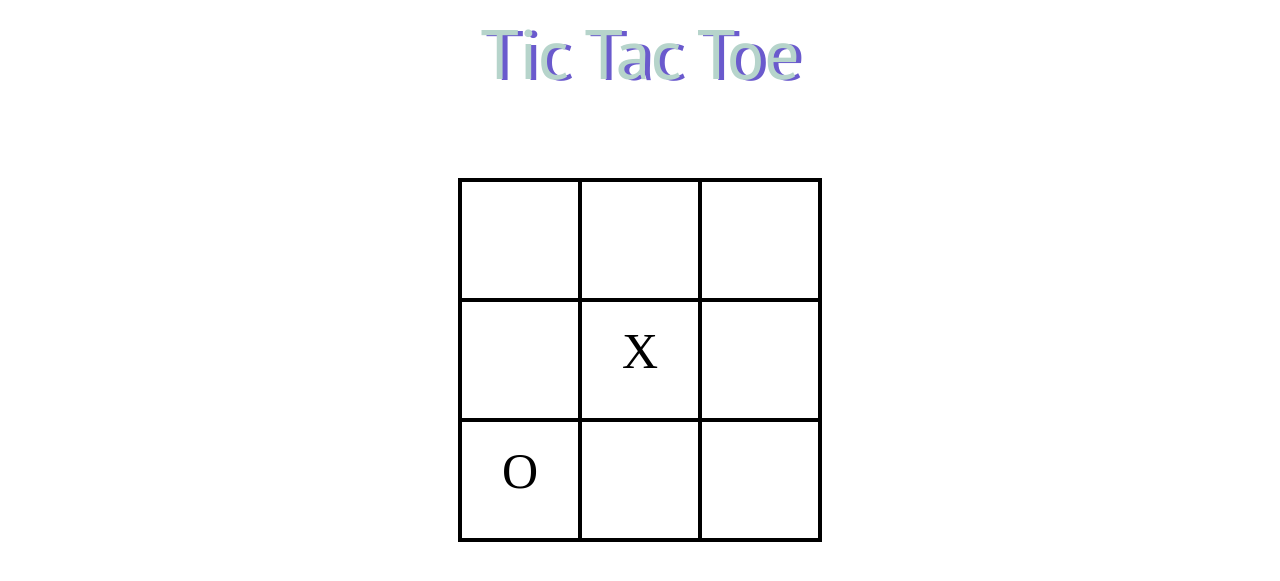
Repository: chin9/TicTacToe
Page: index.html
These files come from the project's save history. The page is drawn as it stood at one moment and after the next save; the edit follows.
The browser window is 1280 px wide. The pictures show the whole page.

Above is the page before, as saved 2021-05-15 20:52:34.

### index.html
<head>
    <link rel='stylesheet' href='style.css'>
</head>

<title> TicTacToe</title>

<header>Tic Tac Toe</header>


<body>
    <div class='board'>

        <div class='grid' id='0'>

        </div>

        <div class='grid' id='1'>

        </div>

        <div class='grid' id='2'>

        </div>

        <div class='grid' id='3'>

        </div>

        <div class='grid' id='4'>

        </div>

        <div class='grid' id='5'>

        </div>

        <div class='grid' id='6'>

        </div>

        <div class='grid' id='7'>

        </div>

        <div class='grid' id='8'>

        </div>

    </div>
</body>

<script src='script.js'></script>

### style.css
@import url('https://fonts.googleapis.com/css2?family=PT+Sans&display=swap');


header{
    font-family: 'PT Sans', sans-serif;
    font-size: 70px;
    color: rgb(182, 212, 203);
    text-shadow: 5px 1px slateblue;
    text-align: center;
}

body{
    display: flex;
    flex-direction: column;
    align-items: center;

}

.board{
    height: 50vh;
    width: 50vh;

    position: relative;
    top: 80px;

    display: grid;
    grid-template-columns: 1fr 1fr 1fr;
    grid-template-rows: 1fr 1fr 1fr;

    border: 2px black solid;
}

.grid{
    border: 2px black solid;

    font-size: 50px;
    text-align: center;
    padding-top: 20px;
}

### script.js


const gameboard = (() => {

    var grids = [0, 0, 0,
                 0, 'X', 0,
                 'O', 0, 0];

    function renderBoard() {

        for (let i = 0; i < 9; i++) {
            const grid = document.getElementById(`${i}`);
            if (grids[i] == 'O') {
                grid.textContent = 'O';
            } else if (grids[i] == 'X') {
                grid.textContent = 'X';
            } else {
                grid.textContent = '';
            }

        }

    };


    return {renderBoard};


})();


gameboard.renderBoard();

const player = (sign) => {

}

const player1 = player('O');
const player2 = player('X');

After the next save:
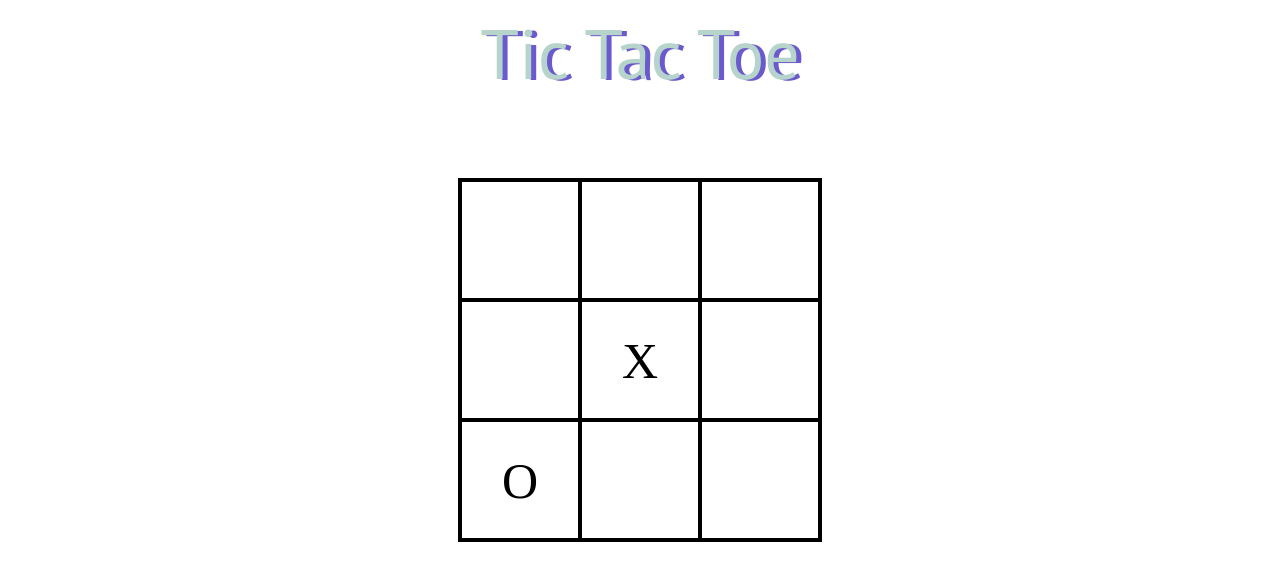
Saved 5 s later.
--- a/style.css
+++ b/style.css
@@ -35,5 +35,5 @@ body{
 
     font-size: 50px;
     text-align: center;
-    padding-top: 20px;
+    padding-top: 30px;
 }
